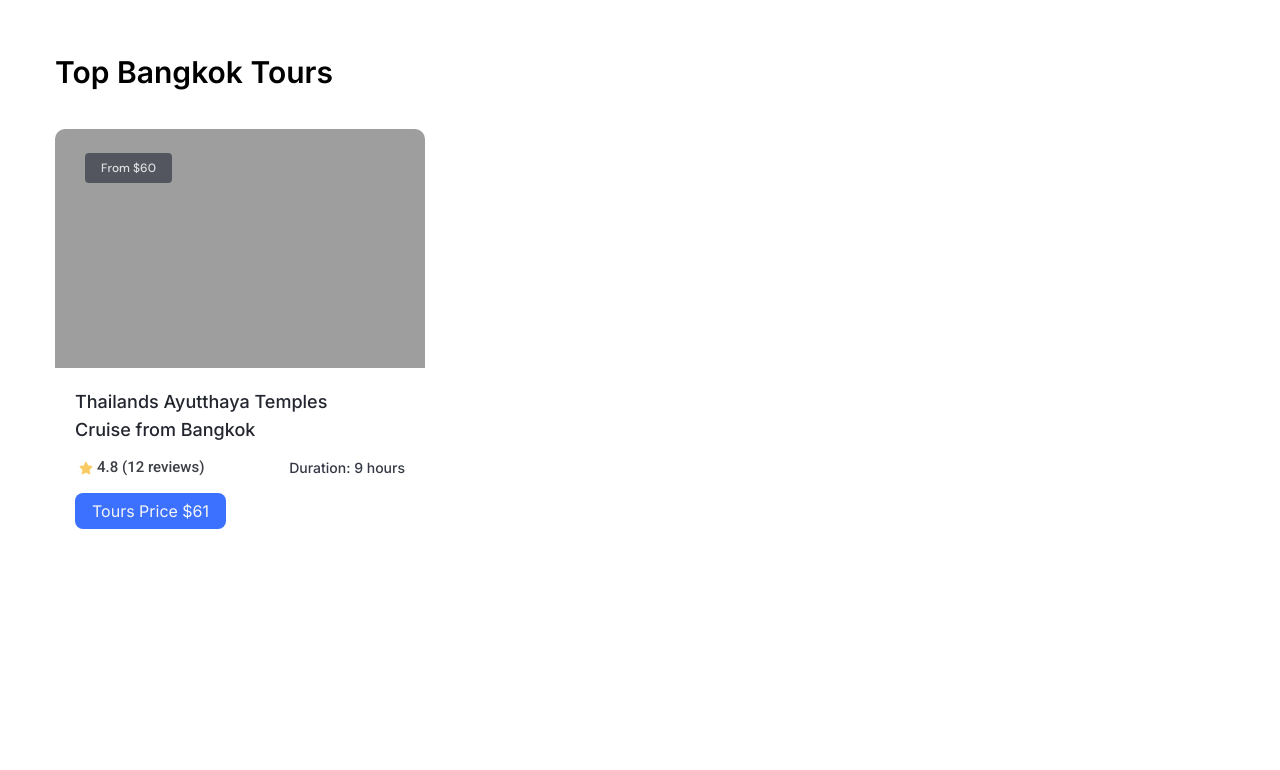
Repository: man0405/practice-web
Page: index.html
An editor plug-in stored every save of this project. The page is shown before and after the next save, followed by the edit.
The browser window is 1280 px wide. The pictures show the whole page.
Pictures or frames that could not be fetched are drawn as grey boxes. Some web fonts or font styles are not loaded; a fallback is used.

Above is the page before, as saved 2023-03-29 11:05:40.

After the next save:
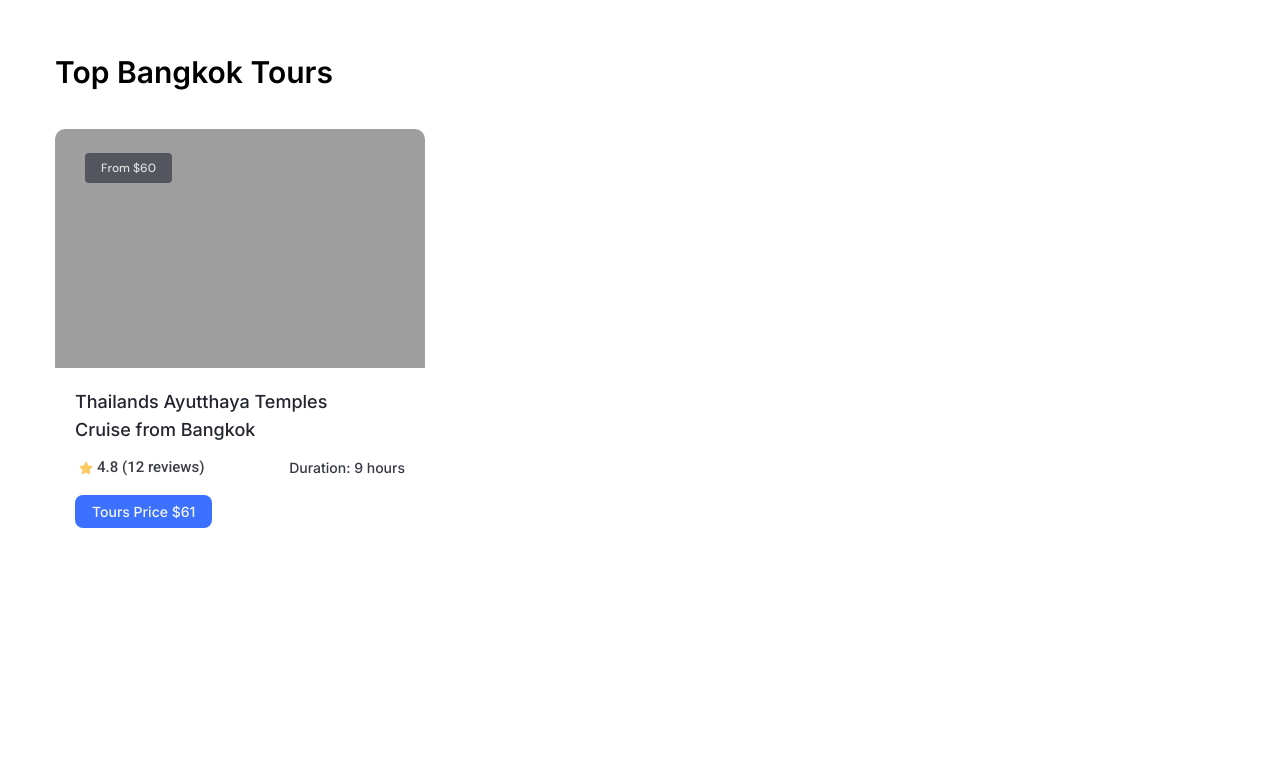
Saved 47 s later.
--- a/main.css
+++ b/main.css
@@ -127,6 +127,9 @@ body {
 .tour-button {
   text-decoration: none;
   color: var(--gray-6);
+  font-weight: 500;
+  font-size: 14px;
+  line-height: 1.214;
   background-color: var(--primary-color);
   padding: 8px 17px;
   border-radius: 8px;
